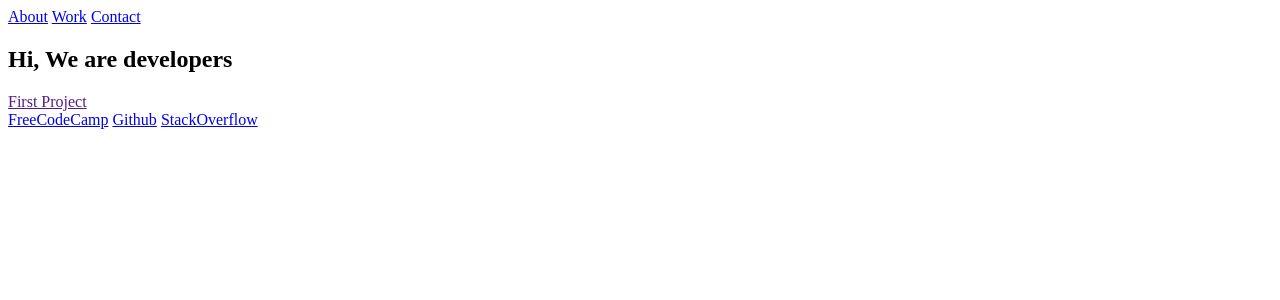
Repository: justicebhekani88/microverse_portfolio_project
Page: index.html
The author's editor kept a copy of each file at every save. The page is drawn from the files as they stood at one save, then again after the next save.
The browser window is 1280 px wide. The pictures show the whole page.

Above is the page before, as saved 2022-07-21 14:34:03.

After the next save:
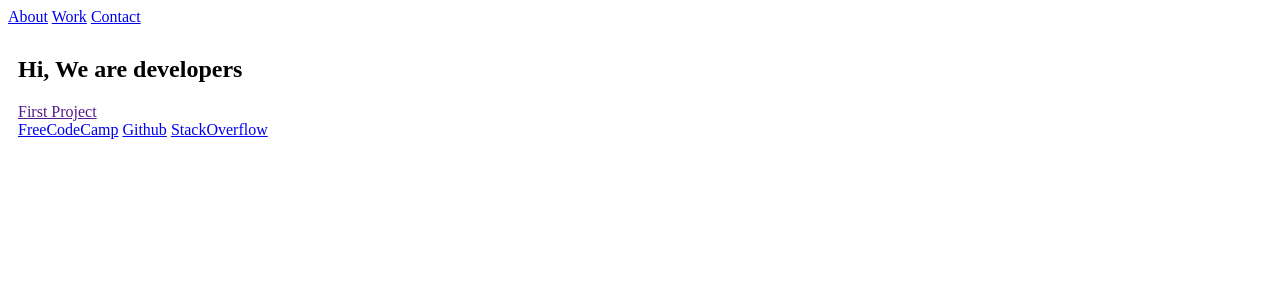
Saved 39 s later.
--- a/index.html
+++ b/index.html
@@ -6,6 +6,14 @@
     <meta http-equiv="X-UA-Compatible" content="IE=edge">
     <meta name="viewport" content="width=device-width, initial-scale=1.0">
     <title>Portfolio Project</title>
+
+    <style>
+        @media only screen and (min-width: 600px) {
+            #main {
+                padding: 10px;
+            }
+        }
+    </style>
 </head>
 
 <body>
@@ -14,20 +22,23 @@
         <a href="#projects">Work</a>
         <a href="#contact">Contact</a>
     </nav>
-    <section id="welcome-section">
-        <h1>Hi, We are developers</h1>
-    </section>
-    <section id="projects">
-        <div class="project-tile"></div>
-        <a href="">
-            First Project
-        </a>
-    </section>
-    <section>
-        <a href="#" id="profile-link">FreeCodeCamp</a>
-        <a href="#" id="profile-link">Github</a>
-        <a href="#" id="profile-link">StackOverflow</a>
-    </section>
+    <div id="main">
+        <section id="welcome-section">
+            <h1>Hi, We are developers</h1>
+        </section>
+        <section id="projects">
+            <div class="project-tile"></div>
+            <a href="">
+                First Project
+            </a>
+        </section>
+        <section>
+            <a href="#" id="profile-link" target="_blank">FreeCodeCamp</a>
+            <a href="#" id="profile-link" target="_blank">Github</a>
+            <a href="#" id="profile-link" target="_blank">StackOverflow</a>
+        </section>
+    </div>
+
 </body>
 
 </html>
